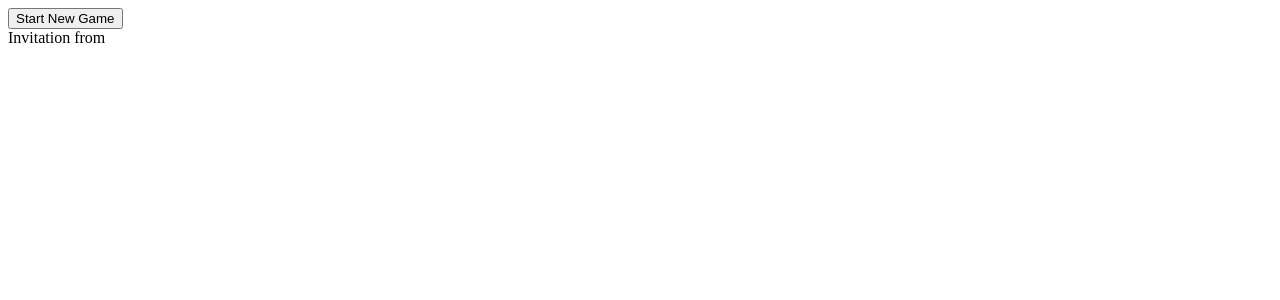
Repository: akshaydongaregit/OnlineChess
Page: view/home.html
An editor plug-in stored every save of this project. The page is shown before and after the next save, followed by the edit.
The browser window is 1280 px wide. The pictures show the whole page.
The page's requests for data from a server got no answer.

Above is the page before, as saved 2019-10-06 16:09:42.

### view/home.html
<html>
    <head>
        <title>OnlChess | Login</title>
    </head>
    <body>
        <div name="login" class="form">
            <button class="btn" value="Start" onclick='$.redirect("/req-new")'> Start New Game</button>
        </div>
        <div class="card-list">
            <div class="card-item">
                <div class="body" > Invitation from </div>
            </div>
        </div>
        <script type="text/javascript" src="../js/axios.min.js"></script>
        <script type="text/javascript" src="../js/main.js"></script>
        <script type="text/javascript" src="../js/sweetalert2.js"></script>
    </body>
</html>

### js/main.js

$ = {};

if($.redirect==undefined)
$.redirect = (url) => {
    document.location = url;
}

if($.toggleClass==undefined)
$.toggleClass = (el , className) => {
  el.classList.toggle(className);
};
if($.select==undefined)
$.select = (selector) => {
  return document.querySelector(selector);
};
if($.selectAll==undefined)
$.selectAll = (selector) => {
  return document.querySelectorAll(selector);
};

let playerPrfo = {};
let profLister = [];
function init() {
  axios.post('/check-invite',{}).then((res)=>{
    console.log(res.data);
    playerPrfo = res.data;
    for(let listener of profLister)
      listener(res.data);
  });
}

init();

Loaded but not shown: js/axios.min.js (library); js/sweetalert2.js (2910 lines, source omitted)

After the next save:
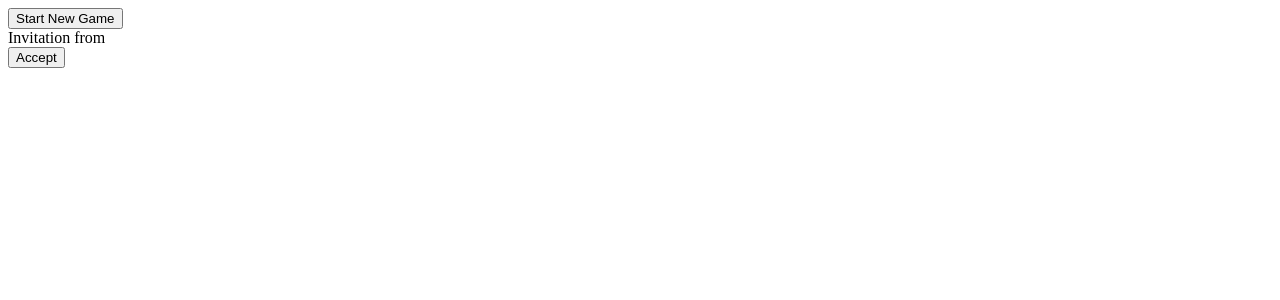
Saved 24 s later.
--- a/view/home.html
+++ b/view/home.html
@@ -9,6 +9,7 @@
         <div class="card-list">
             <div class="card-item">
                 <div class="body" > Invitation from </div>
+                <button class="btn blue" >Accept</button>
             </div>
         </div>
         <script type="text/javascript" src="../js/axios.min.js"></script>
